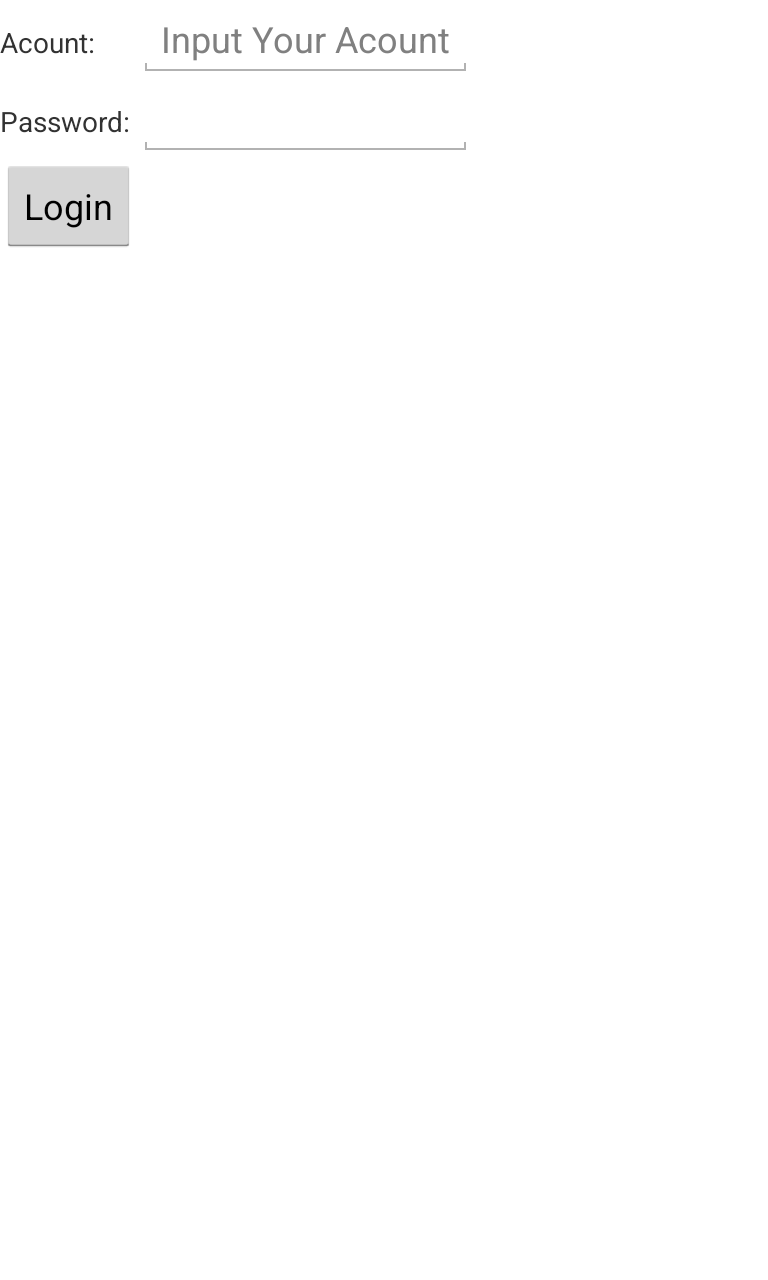
Repository: Ollyder/eclipse_work
Layout: TableLayout/res/layout/activity_main.xml
The author's editor kept a copy of each file at every save. The layout is drawn from the files as they stood at one save, then again after the next save.
It is drawn on a 768 x 1280 px phone screen (xhdpi) without system bars, with theme AppTheme; the app's code is not run.

Above is the layout before, as saved 2017-05-28 04:29:00.

### TableLayout/res/layout/activity_main.xml
<TableLayout xmlns:android="http://schemas.android.com/apk/res/android"
    android:layout_width="match_parent"
    android:layout_height="match_parent" >

    <TableRow>

        <TextView
            android:id="@+id/text_view"
            android:layout_height="wrap_content"
            android:text="Acount:" />

        <EditText
            android:id="@+id/edit_text"
            android:layout_height="wrap_content"
            android:hint="Input Your Acount" />
    </TableRow>

    <TableRow >
        <TextView
            android:id="@+id/text_view2"
            android:layout_height="wrap_content"
            android:text="Password:" />

        <EditText
            android:id="@+id/edit_text2"
            android:layout_height="wrap_content"
            android:inputType="textPassword"/>

    </TableRow>

    <TableRow >
        <Button
            android:id="@+id/button1"
            android:layout_height="wrap_content"
            android:text="Login"/>
    </TableRow>
</TableLayout>

Loaded but not shown: TableLayout/res/values/styles.xml (common file); TableLayout/res/values-v11/styles.xml (common file); TableLayout/res/values-v14/styles.xml (common file)

After the next save:
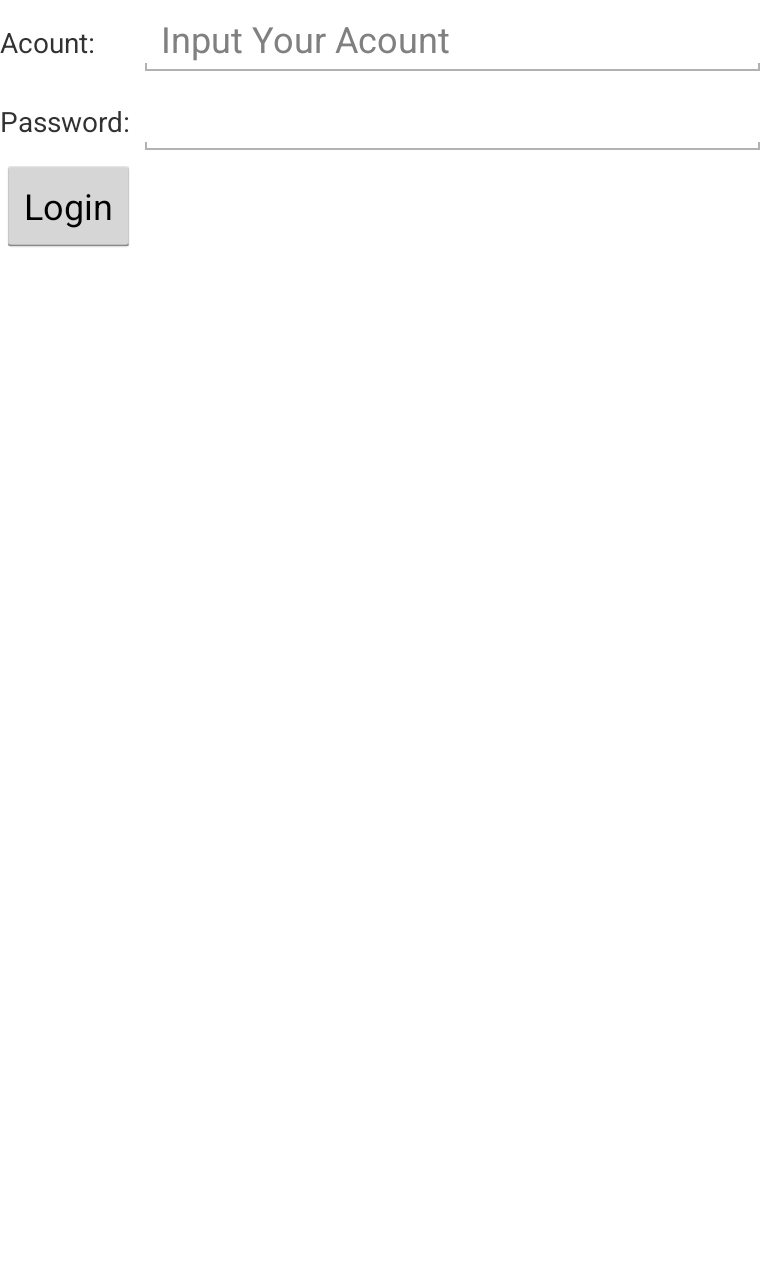
Saved 2 min 9 s later.
--- a/TableLayout/res/layout/activity_main.xml
+++ b/TableLayout/res/layout/activity_main.xml
@@ -1,6 +1,7 @@
 <TableLayout xmlns:android="http://schemas.android.com/apk/res/android"
     android:layout_width="match_parent"
-    android:layout_height="match_parent" >
+    android:layout_height="match_parent"
+    android:stretchColumns="1">
 
     <TableRow>
 
